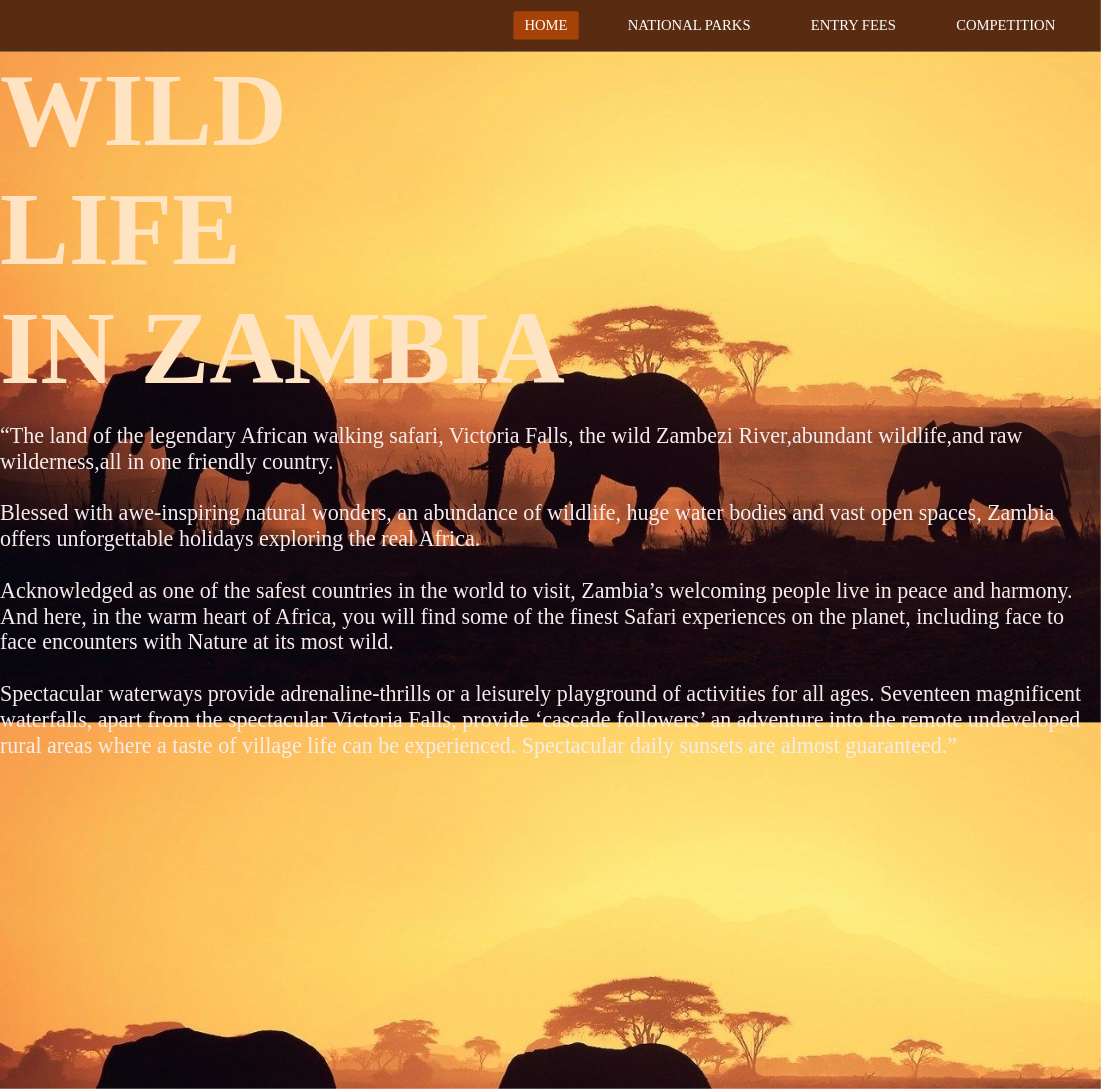
Repository: Lungdjos/web_assignment_3rd_yr
Page: home/index.html
The author's editor kept a copy of each file at every save. The page is drawn from the files as they stood at one save, then again after a run of saves.
The browser window is 1280 px wide. The pictures show the whole page, at 86% of full size.
Some web libraries are served in a nearby version.

Above is the page before, as saved 2021-06-18 15:25:04.

### home/index.html
<!DOCTYPE html>
<html lang="en">

<head>
    <meta charset="UTF-8">
    <meta http-equiv="X-UA-Compatible" content="IE=edge">
    <meta name="viewport" content="width=device-width, initial-scale=1.0">
    <link rel="stylesheet" href="index.css">


    <title>Home</title>
    <script src="https://kit.fontawesome.com/a076d05399.js"></script>
</head>

<body>
    <nav>
        <input type="checkbox" id="check">
        <label for="check" class="checkbtn">
            <i class="fas fa-bars"></i>
        </label>
        <label class="logo">  </label>

        <ul>
            <li><a class="active" href="#">Home</a></li>
            <li><a class="dropdown" href="#">National Parks</a>
                <ul class="drop">
                    <li>
                        <a href="/national parks/lower_zambezi/Lower_Zambezi.html">Lower Zambezi</a>
                    </li>
                    <li>
                        <a href="/national parks/mosi-oa-tunia/Mosi-oa-Tunya.html">Mosi oa Tunia</a>
                    </li>
                    <li>
                        <a href="/national parks/south_luangwa/South_Luangwa.html">South Luangwa</a>
                    </li>
                    <li>
                        <a href="/national parks/north_luangwa/North_Luangwa.html">North Luangwa</a>
                    </li>
                </ul>
            </li>
            <li><a href="/entry fee/entry_fee.html">Entry Fees</a></li>
            <li><a href="/competition/competition.html">Competition</a></li>

        </ul>
    </nav>
    <div>
        <section>
            <div>
                <p class="welcome">
                    <strong class="num1">WILD</strong><br>
                    <strong class="num2">LIFE</strong><br>
                    <strong class="num3">IN ZAMBIA</strong>
                </p>
            </div>
            <br>
            <div>
                <p class="para2">
                    <q>The land of the legendary African walking safari, Victoria Falls, the wild Zambezi River,abundant wildlife,and raw wilderness,all in one friendly country. <br><br>Blessed with awe-inspiring natural wonders, an abundance of wildlife,
                    huge water bodies and vast open spaces, Zambia offers unforgettable holidays exploring the real Africa. <br><br>Acknowledged as one of the safest countries in the world to visit, Zambia’s welcoming people live in peace and harmony. And here,
                    in the warm heart of Africa, you will find some of the finest Safari experiences on the planet, including face to face encounters with Nature at its most wild.<br> <br>Spectacular waterways provide adrenaline-thrills or a leisurely playground
                    of activities for all ages. Seventeen magnificent waterfalls, apart from the spectacular Victoria Falls, provide ‘cascade followers’ an adventure into the remote undeveloped rural areas where a taste of village life can be experienced.
                    Spectacular daily sunsets are almost guaranteed.</q></p>
            </div>

        </section>
    </div>


</body>

</html>

### home/index.css
    * {
        padding: 0;
        margin: 0;
        text-decoration: none;
        box-sizing: border-box;
    }

    body {
        font-family: montserrat;
    }

    nav {
        background: #592C12;
        height: 60px;
        width: 100%;
    }

    label.logo {
        color: white;
        font-size: 35;
        line-height: 60px;
        padding: 0 100px;
        font-weight: bold;
    }

    nav ul {
        float: right;
        margin-right: 20px;
    }

    nav ul li {
        display: inline-block;
        line-height: 60px;
        margin: 0 20px;
    }

    nav ul li a {
        color: white;
        font-size: 17px;
        padding: 7px 13px;
        border-radius: 3px;
        text-transform: uppercase;
    }

    a.active,
    a:hover {
        background: #A64208;
        transition: 0.5s;
    }

    .checkbtn {
        font-size: 30px;
        color: white;
        float: right;
        line-height: 60px;
        margin-right: 40px;
        cursor: pointer;
        display: none;
    }

    #check {
        display: none;
    }

    @media (max-width: 1080px) {
        label.logo {
            font-size: 30px;
            padding-left: 50px;
        }
        nav ul li a {
            font-size: 16px;
        }
    }

    @media (max-width: 1080px) {
        .checkbtn {
            display: block;
        }
        ul {
            position: fixed;
            width: 100%;
            height: 100vh;
            background: #592C12;
            top: 80px;
            left: -100%;
            text-align: center;
            transition: all 0.5s;
        }
        nav ul li {
            display: block;
            margin: 50px 0;
            line-height: 20px;
        }
        nav ul li a {
            font-size: 20px;
            font-family: Arial, Helvetica, sans-serif;
        }
        a:hover,
        a.active {
            background: none;
            color: #F2D1B3;
        }
        #check:checked~ul {
            left: 0;
        }
    }

    section {
        background: url(/assets/images/elephants.jpg);
        background-size: no repeat;
        height: calc(180vh - 90px);
    }
    /**New Content Added*/

    nav ul li ul a {
        display: block;
        padding: 0 15px;
        color: white;
        text-decoration: none;
    }

    nav ul li:hover>ul {
        display: block;
    }

    nav ul ul {
        position: absolute;
        top: 30px;
        list-style-type: none;
        line-height: 60px;
    }

    nav ul ul li {
        display: none;
    }

    nav ul ul a {
        width: 100%;
        float: none;
        display: list-item;
        position: relative;
    }

    nav ul ul li a {
        display: list-item;
        list-style-type: none;
        position: inherit;
    }
    /**Wild Life Formatting*/

    .welcome {
        color: bisque;
        font-size: 120px;
    }

    strong#01 {
        font-size: 100px;
        font-family: Arial, Helvetica, sans-serif;
    }

    strong#02 {
        margin-left: 100px;
    }

    strong#03 {
        color: #592C12;
    }

    .para2 {
        font-variant-position: initial;
        font-size: 1.6em;
        color: rgb(247, 236, 236);
        display: relative;
        float: initial;
    }

After the next 2 saves:
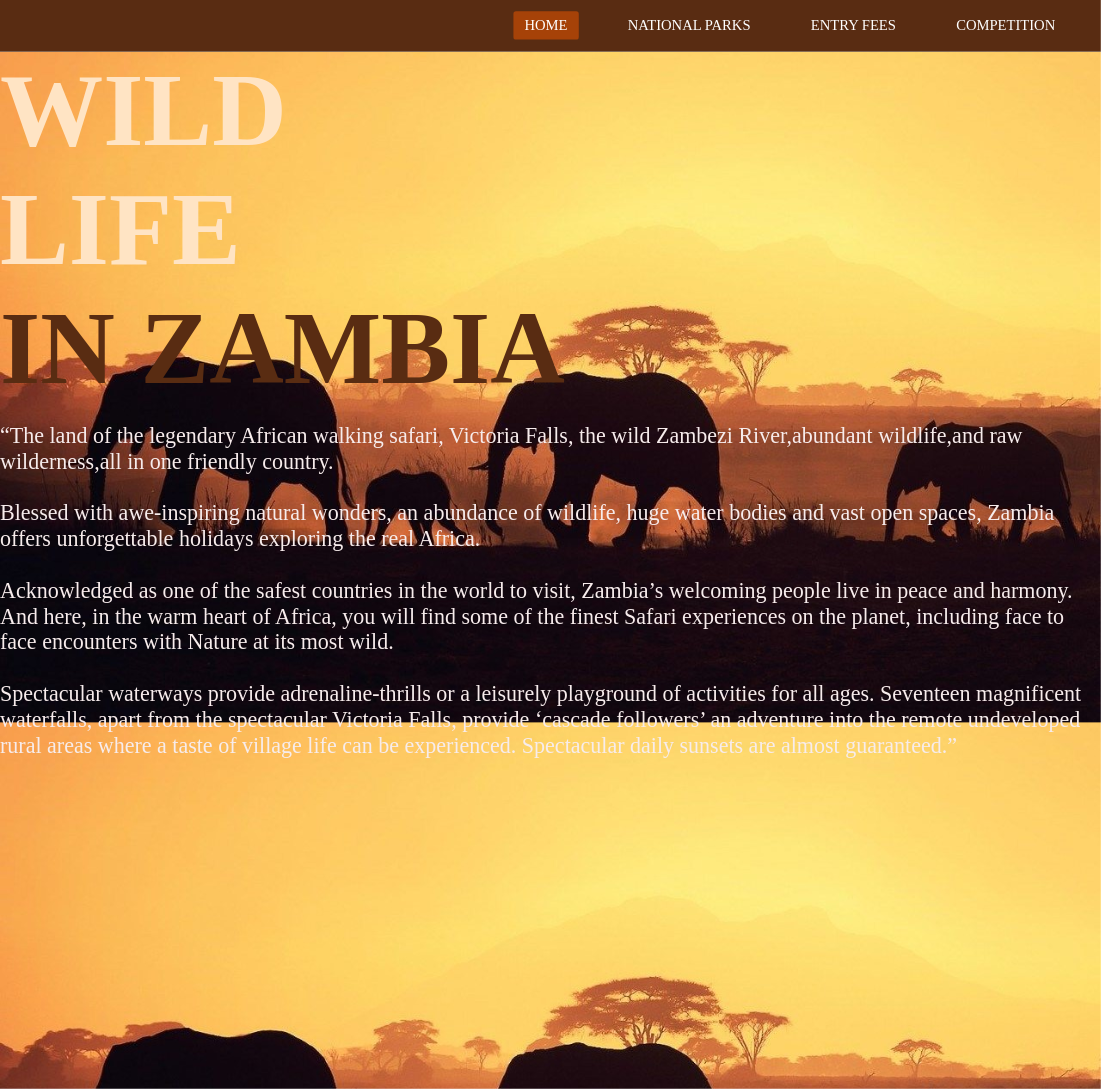
The 2 saves are shown as one change because they came seconds apart.
The last was saved 12 s later.
--- a/home/index.css
+++ b/home/index.css
@@ -162,7 +162,7 @@
         margin-left: 100px;
     }
 
-    strong#03 {
+    .num3 {
         color: #592C12;
     }
 
